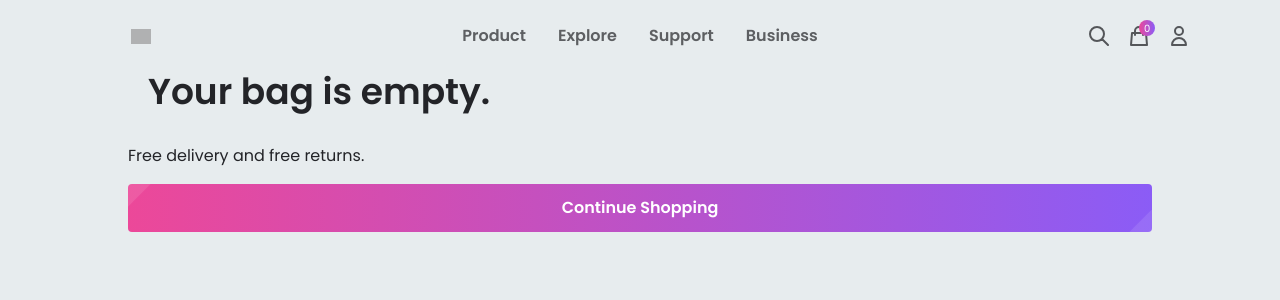
Repository: aliamini1422/semiAppleSite
Page: /checkout
These files come from the project's save history. The page is drawn as it stood at one moment and after the next save; the edit follows.
The browser window is 1280 px wide. The pictures show the whole page.
Pictures or frames that could not be fetched are drawn as grey boxes. The page's requests for data from a server got no answer. The project was rebuilt for these pictures with package versions that can differ from the ones it lists, and the page was loaded fresh each time. The framework's server and built-in components were replaced by stand-ins that run in the browser. No one was signed in, and anything a server would have sent is missing. Also part of the build but not shown: next.config.js, sanity.js, components/CheckoutProduct.tsx.

Above is the page before, as saved 2022-09-05 02:27:45.

### pages/_app.tsx
import '../styles/globals.css'
import type { AppProps } from 'next/app'
import { Provider} from "react-redux";
import { store } from "../redux/store";
import { Toaster } from "react-hot-toast";

function MyApp({ Component, pageProps }: AppProps) {
  return (
    <Provider store={store}>
      <Toaster />
      <Component {...pageProps} />
    </Provider>
  )
}

export default MyApp

### pages/checkout.tsx
import React from 'react'
import Header from '../components/Header'
import { useSelector } from 'react-redux';
import { selectBasketItems } from '../redux/basketSlice';
import { useRouter } from 'next/router';
import Button from '../components/Button';
import { useState, useEffect } from 'react';
import CheckoutProduct from '../components/CheckoutProduct';

function checkout() {
    const items = useSelector(selectBasketItems);
    const router = useRouter();
    const [groupedItemsInBasket, setGroupedItemsInBasket] = useState({} as {[key: string]: Product []});


    useEffect(()=>{
        const groupedItems = items.reduce((results, item)=>{
            (results[item._id] = results[item._id] || []).push(item);
            return results;
        },{} as {[key: string]: Product []})
        setGroupedItemsInBasket(groupedItems);
    },[items]);



  return (
    <div className='min-h-screen overflow-hidden bg-[#E7ECEE]'>
        <Header />
        <main className='mx-auto max-w-5xl pb-24 lg:flex lg:flex-col'>
            <div className='px-5 '>
                <h1 className='my-4 text-3xl font-semibold lg:text-4xl'>{items.length > 0 ? "Review your bag" : "Your bag is empty."}</h1>
            </div>
            <p className='my-4'>Free delivery and free returns.</p>
            {items.length === 0 && (<Button title='Continue Shopping' onClick={()=>router.push("/")} />)}
            <div>
                {items.length > 0 && (
                    <div className='mx-8 md:mx-16'>
                        {Object.entries(groupedItemsInBasket).map(([key, items]) =>(
                            <CheckoutProduct key={key} items={items} id={key} />
                        ))}
                    </div>
                )}
            </div>
        </main>
    </div>
  )
}

export default checkout

### styles/globals.css
@import url('https://fonts.googleapis.com/css2?family=Poppins:ital,wght@0,100;0,200;0,300;0,400;0,500;0,600;0,700;0,800;0,900;1,100;1,200;1,400;1,500;1,600;1,700;1,800;1,900&display=swap');
@tailwind base;
@tailwind components;
@tailwind utilities;

@layer base{
    body{
        @apply font-body text-[#232428]
    }
}
@layer components{
    .headerLink{
        @apply cursor-pointer  font-semibold opacity-70 transition hover:opacity-100
    }
    .headerIcon{
        @apply w-6 h-6 cursor-pointer opacity-75 transition hover:opacity-100
    }
    .link{
        @apply relative cursor-pointer text-lg font-medium before:absolute before:inset-x-0 before:rounded-bl before:origin-left before:-bottom-1.5
         before:h-0.5 before:bg-black before:transform before:scale-x-0 before:transition-all before:duration-200
         hover:before:scale-x-100
    }

    .borderGradient{
        @apply text-center pb-1 bg-gradient-to-r from-[#ec4899] to-[#8b5cf6] bg-left-bottom bg-no-repeat bg-[length:100%_2px]
    }
    .tabPanel{
        @apply grid grid-cols-1 gap-8 sm:grid-cols-2 md:grid-cols-1 lg:grid-cols-2 xl:grid-cols-3
    }
}

### redux/store.ts
import { configureStore } from '@reduxjs/toolkit'
import basketReducer from './basketSlice';

export const store = configureStore({
  reducer: {
    basket: basketReducer,
  },
})

// Infer the `RootState` and `AppDispatch` types from the store itself
export type RootState = ReturnType<typeof store.getState>
// Inferred type: {posts: PostsState, comments: CommentsState, users: UsersState}
export type AppDispatch = typeof store.dispatch

### components/Header.tsx
import Image from 'next/image'
import Link from 'next/link'
import React from 'react'
import { useSelector } from 'react-redux';
import {SearchIcon, ShoppingBagIcon, UserIcon} from '@heroicons/react/outline';
import { selectBasketItems } from '../redux/basketSlice';
import { useRouter } from 'next/router';
function Header() {
  const router = useRouter();
  const items = useSelector(selectBasketItems);
  const session = false;
  return (
    <header className='sticky top-0 w-full z-30 flex items-center justify-between bg-[#E7ECEE] pt-4 px-4'>
      <div className='flex items-center justify-center md:w-1/5'>
        <Link href= "/">
          <div className='relative w-5 h-10 cursor-pointer opacity-75  transition hover:opacity-100'>
            <Image src="https://upload.wikimedia.org/wikipedia/commons/thumb/f/fa/Apple_logo_black.svg/1667px-Apple_logo_black.svg.png" layout='fill' objectFit='contain'/>
          </div>
        </Link>
      </div>
      <div className='hidden flex-1 items-center justify-center space-x-8 md:flex'>
        <a className='headerLink' href="/">Product</a>
        <a className='headerLink' href="/">Explore</a>
        <a className='headerLink' href="/">Support</a>
        <a className='headerLink' href="/">Business</a>
      </div>
      <div className='flex gap-x-4 items-center justify-center md:w-1/5'>
        <SearchIcon className='headerIcon'/>
        <div className='relative cursor-pointer'>
          <span className='absolute -right-1 -top-1 z-30 flex items-center w-4 h-4 justify-center bg-gradient-to-r from-pink-500 to-violet-500
          rounded-full text-[10px] text-white'>{items.length}</span>
          <ShoppingBagIcon className='headerIcon' onClick={()=>{router.push("/checkout")}}/>
        </div>
        {session ? (<Image src="" className='cursor-pointer rounded-full'/>): (<UserIcon className='headerIcon'/>)}
      </div>
    </header>
  )
}

export default Header

### redux/basketSlice.ts
import { createSlice } from '@reduxjs/toolkit'
import type { PayloadAction } from '@reduxjs/toolkit'
import type { RootState } from './store'
import { stat } from 'fs'

// Define a type for the slice state
interface BasketState {
  items:Product[]
}

// Define the initial state using that type
const initialState: BasketState = {
  items:[],
}

export const basketSlice = createSlice({
  name: 'basket',
  // `createSlice` will infer the state type from the `initialState` argument
  initialState,
  reducers: {
    addToBasket: (state: BasketState, action:PayloadAction<Product>) => {
      state.items = [...state.items, action.payload];
    },
    removeFromBasket: (
      state: BasketState,
      action: PayloadAction<{ id: string }>
    ) => {
      const index = state.items.findIndex(
        (item: Product) => item._id === action.payload.id
      );

      let newBasket = [...state.items];

      if (index >= 0) {
        newBasket.splice(index, 1);
      } else {
        console.log(
          `Cant remove product (id: ${action.payload.id}) as its not in basket!`
        );
      }

      state.items = newBasket;
    },
    // Use the PayloadAction type to declare the contents of `action.payload`

  },
})

export const { addToBasket, removeFromBasket } = basketSlice.actions

// Other code such as selectors can use the imported `RootState` type
export const selectBasketItems = (state: RootState) => state.basket.items;
export const selectBasketItemsWithId = (state: RootState, id:string) => {
    state.basket.items.filter((item:Product)=> item._id === id);
 };
export const selectBasketTotal = (state: RootState)=>{
    state.basket.items.reduce((total:number, item:Product)=>(total += item.price),0);
}

export default basketSlice.reducer

### components/Button.tsx
import React from 'react'

interface Props{
    title:string;
    onClick?: ()=> void;
    width?:string;
    loading?:boolean;
    padding?:string;
    noIcon?:boolean;
}


function Button({ title, onClick, width, loading, padding, noIcon }: Props) {
    return (
      <button
        className={`ease group relative z-30 box-border inline-flex ${
          width ? width : "w-auto"
        } ${padding} cursor-pointer items-center justify-center overflow-hidden rounded bg-indigo-600 bg-gradient-to-r from-pink-500 to-violet-500 px-8 py-3 font-bold text-white transition-all duration-300 focus:outline-none`}
        onClick={onClick}
      >
        <span className="absolute bottom-0 right-0 -mb-8 -mr-5 h-20 w-8 translate-x-1 rotate-45 transform bg-white opacity-10 transition-all duration-300 ease-out group-hover:translate-x-0"></span>
        <span className="absolute top-0 left-0 -mt-1 -ml-12 h-8 w-20 -translate-x-1 -rotate-45 transform bg-white opacity-10 transition-all duration-300 ease-out group-hover:translate-x-0"></span>

        <span className="relative z-20 flex items-center font-semibold">
          {noIcon && (
            <svg
              className="relative mr-2 h-5 w-5 flex-shrink-0 text-white"
              fill="none"
              stroke="currentColor"
              viewBox="0 0 24 24"
              xmlns="http://www.w3.org/2000/svg"
            >
              <path
                strokeLinecap="round"
                strokeLinejoin="round"
                strokeWidth="2"
                d="M13 10V3L4 14h7v7l9-11h-7z"
              ></path>
            </svg>
          )}
          {loading ? "Loading..." : title}
        </span>
      </button>
    );
  }

  export default Button;

### tailwind.config.js
/** @type {import('tailwindcss').Config} */
module.exports = {
  content: [
    './pages/**/*.{js,ts,jsx,tsx}',
    './components/**/*.{js,ts,jsx,tsx}',
  ],
  theme: {
    extend: {
      fontFamily :{
        body: ["Poppins", "Sans-serif"],
      }
    },
  },
  plugins: [],
}

After the next save:
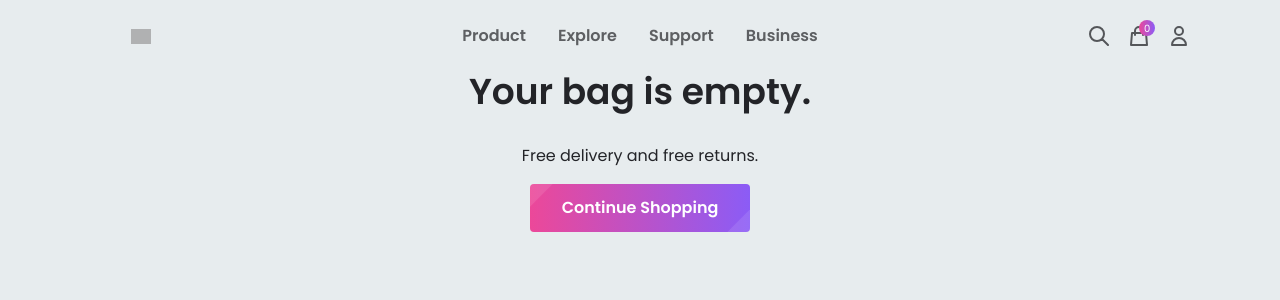
Saved 21 s later.
--- a/pages/checkout.tsx
+++ b/pages/checkout.tsx
@@ -26,7 +26,7 @@ function checkout() {
   return (
     <div className='min-h-screen overflow-hidden bg-[#E7ECEE]'>
         <Header />
-        <main className='mx-auto max-w-5xl pb-24 lg:flex lg:flex-col'>
+        <main className='mx-auto max-w-5xl pb-24 lg:flex lg:flex-col lg:items-center'>
             <div className='px-5 '>
                 <h1 className='my-4 text-3xl font-semibold lg:text-4xl'>{items.length > 0 ? "Review your bag" : "Your bag is empty."}</h1>
             </div>
